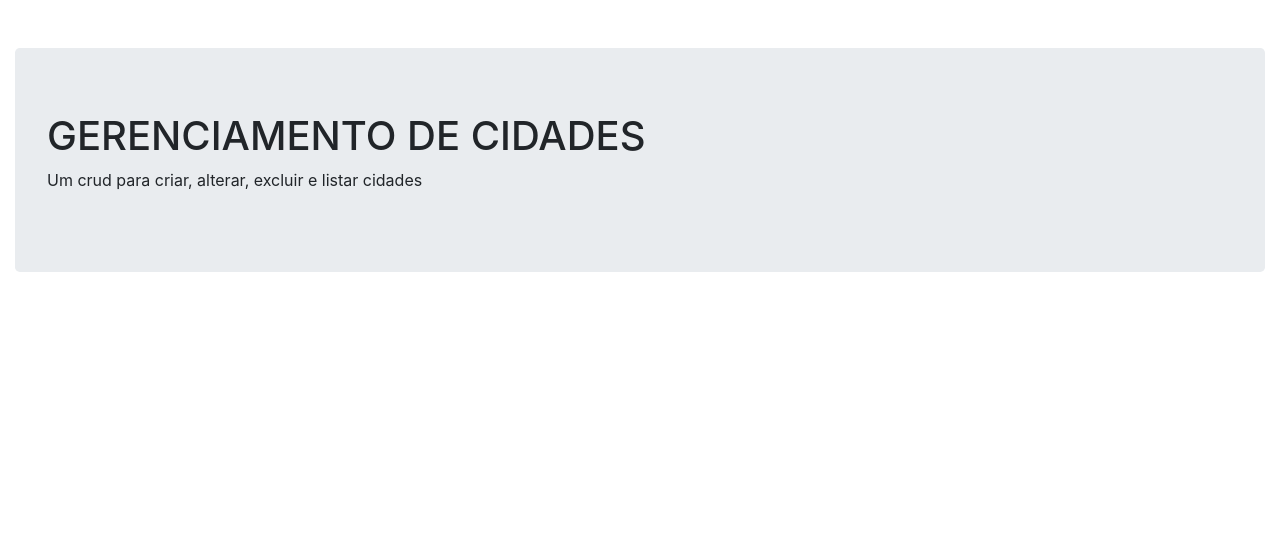
Repository: RodrigoLuisRibeiro/crud-cidades
Page: crud-cidades/src/main/resources/static/crud.html
An editor plug-in stored every save of this project. The page is shown before and after the next save, followed by the edit.
The browser window is 1280 px wide. The pictures show the whole page.

Above is the page before, as saved 2021-11-08 15:26:25.

After the next save:
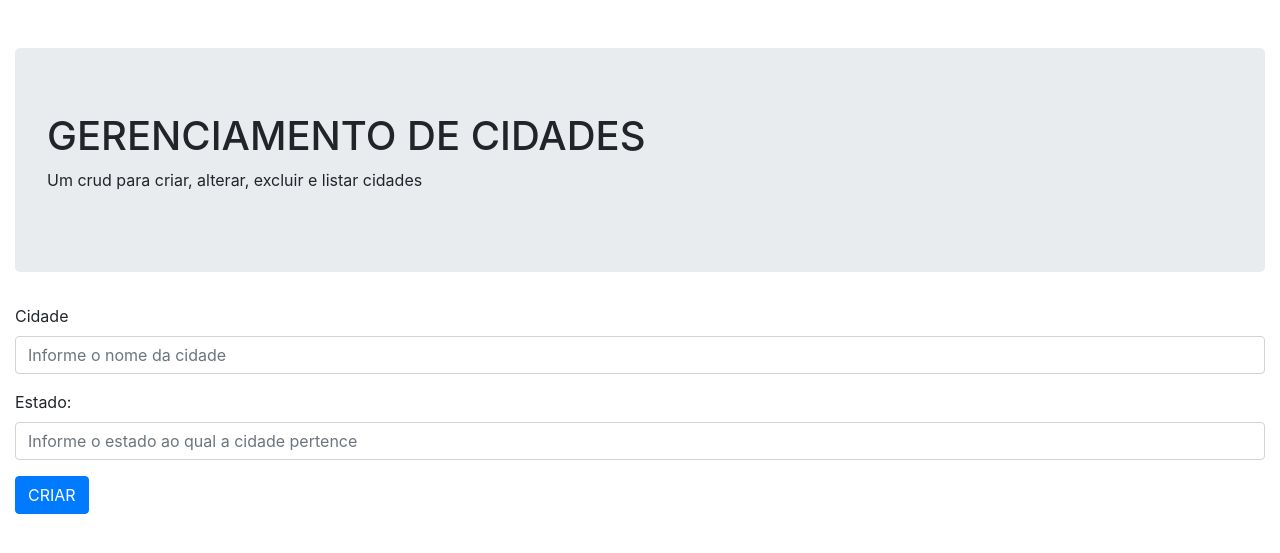
Saved 56 s later.
--- a/crud-cidades/src/main/resources/static/crud.html
+++ b/crud-cidades/src/main/resources/static/crud.html
@@ -14,7 +14,18 @@
 			<h1> GERENCIAMENTO DE CIDADES</h1>
 			<p> Um crud para criar, alterar, excluir e listar cidades</p>
 		</div>
-
+		<form>
+			<div class="form-group">
+				<label for="nome">Cidade</label>
+				<input type="text" class="form-control" placeholder="Informe o nome da cidade" id="nome">
+			</div>
+			<div class="form-group">
+				<label for="estado">Estado:</label>
+				<input type="text" class="form-control" placeholder="Informe o estado ao qual a cidade pertence"
+					id="estado">
+			</div>
+			<button type="submit" class="btn btn-primary">CRIAR</button>
+		</form>
 	</div>
 </body>
 
